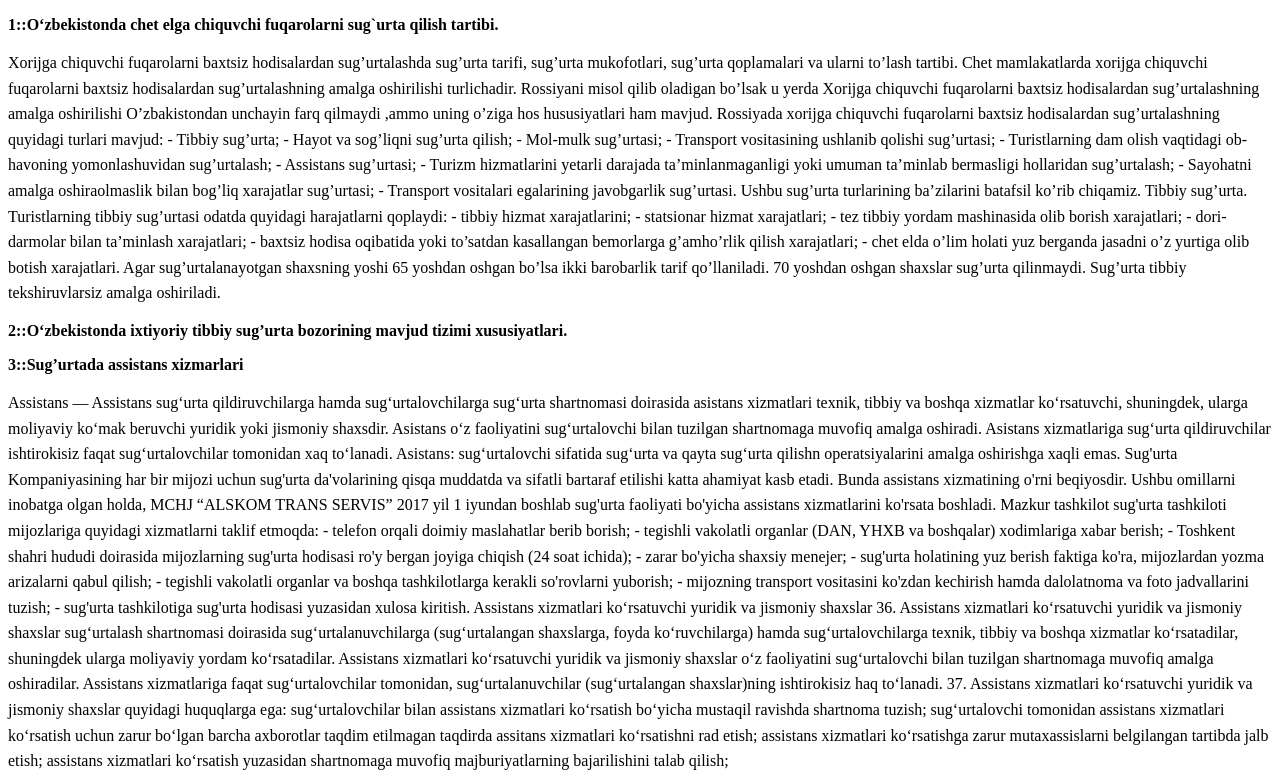
Repository: Ikromkhurozov/exam-inst
Page: index.html
The author's editor kept a copy of each file at every save. The page is drawn from the files as they stood at one save, then again after a run of saves.
The browser window is 1280 px wide. The pictures show the whole page.

Above is the page before, as saved 2023-05-21 15:03:14.

After the next 3 saves:
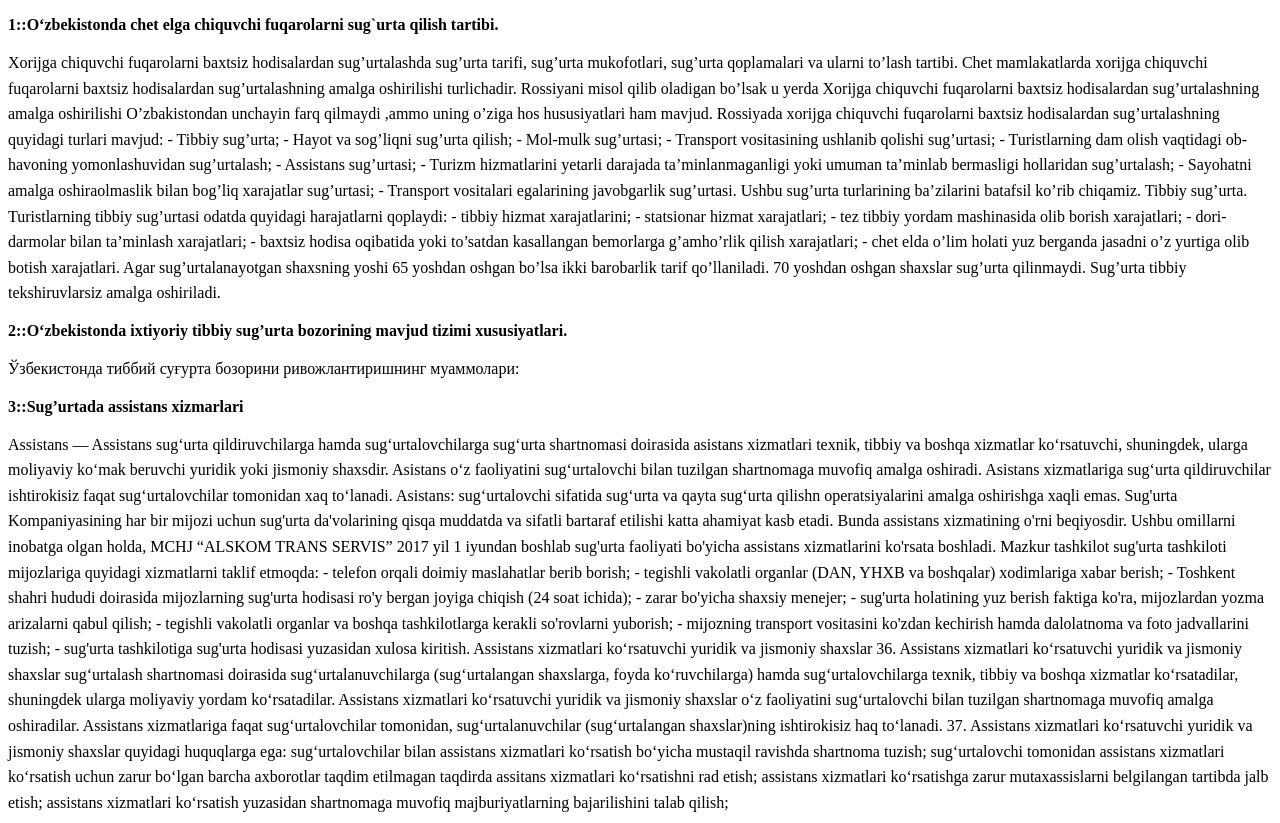
The 3 saves are shown as one change because they came seconds apart.
The last was saved 2 min 15 s later.
--- a/index.html
+++ b/index.html
@@ -56,6 +56,7 @@
 
     <h3>2::O‘zbekistonda ixtiyoriy tibbiy sugʼurta bozorining mavjud tizimi xususiyatlari.</h3>
     <div>
+     Ўзбекистонда тиббий суғурта бозорини ривожлантиришнинг муаммолари:
 
 
     </div>
